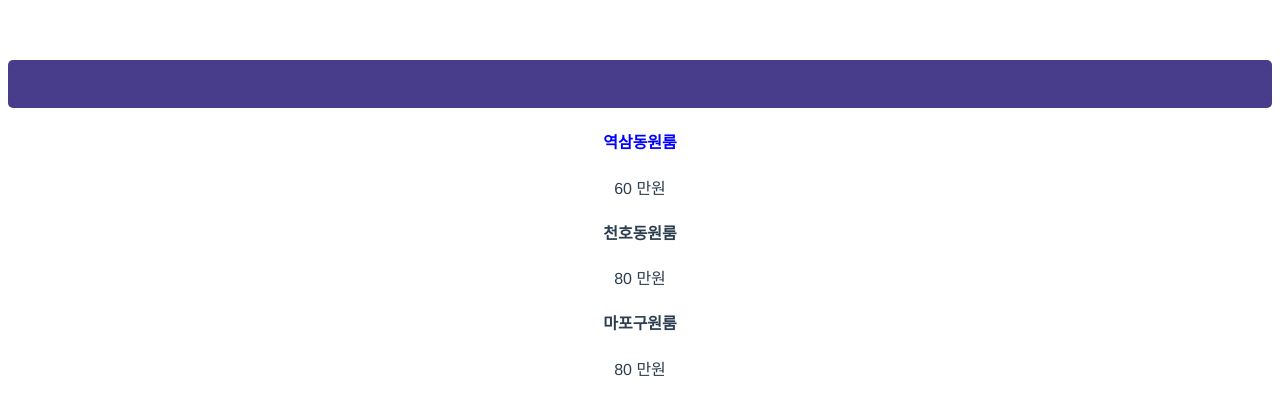
Repository: jy0813/Function
Page: / (app in function/)
These files come from the project's save history. The page is drawn as it stood at one moment and after the next save; the edit follows.
The browser window is 1280 px wide. The pictures show the whole page.
The project was rebuilt for these pictures with package versions that can differ from the ones it lists, and the page was loaded fresh each time.

Above is the page before, as saved 2022-02-23 14:36:15.

After the next save:
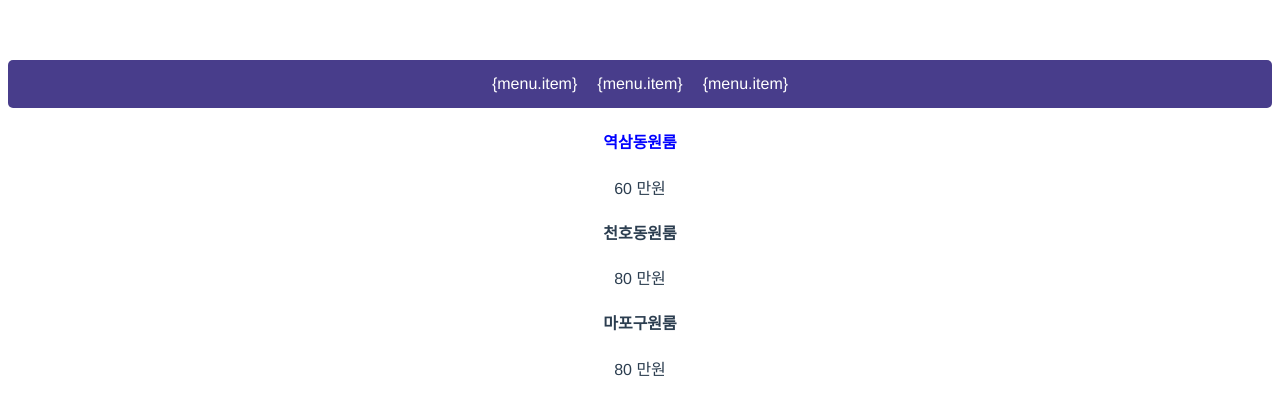
Saved 39 s later.
--- a/function/src/App.vue
+++ b/function/src/App.vue
@@ -1,6 +1,6 @@
 <template>
 <div class="menu">
-  <a v-for="item in menu" :key="item"></a>
+  <a v-for="(item, index) in menu" :key="item">{menu.item}</a>
   </div>
 <div>
   <h4 :style="style">{{products[0]}}</h4>
